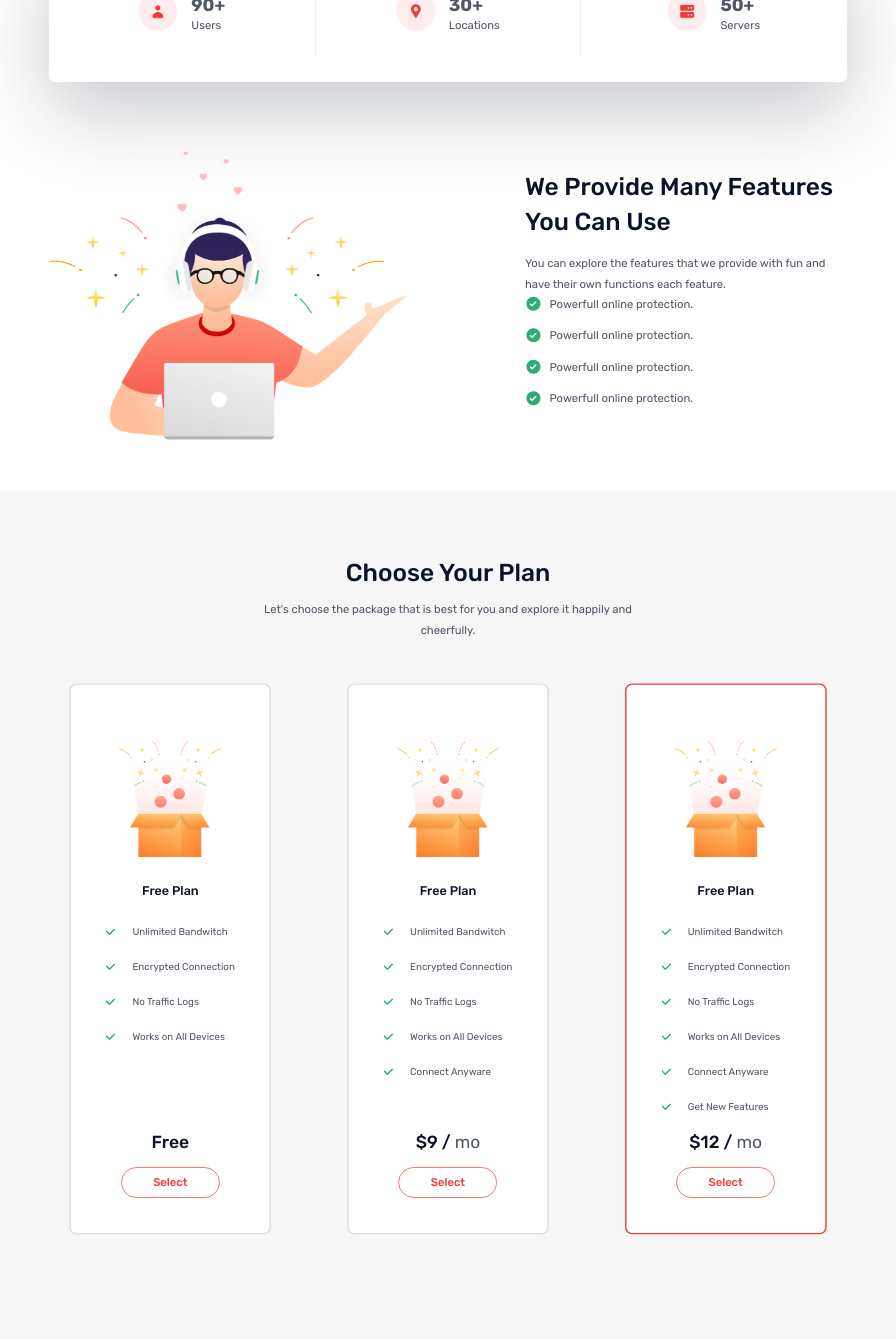
Repository: PhamTrungNguyen/LuyenTap
Page: LT_Figma/index.html
These files come from the project's save history. The page is drawn as it stood at one moment and after the next save; the edit follows.
The browser window is 1280 px wide. The pictures show the part of the page from y = 685 to 2605 px (the page is 2599 px tall before and 2605 px after), at 70% of full size.
Some web libraries are served in a nearby version. The style sheet was rebuilt from its Sass, Less or Tailwind sources for each picture, by a compiler version that may differ from the author's.

Above is the page before, as saved 2021-12-08 22:46:38.
Console error: TypeError: Cannot read properties of null (reading 'addEventListener')

### LT_Figma/index.html
<!DOCTYPE html>
<html lang="en">

<head>
  <meta charset="UTF-8" />
  <meta http-equiv="X-UA-Compatible" content="IE=edge" />
  <meta name="viewport" content="width=device-width, initial-scale=1.0" />
  <title>Lasles VPN</title>
  <link rel="stylesheet" href="./css/reset.css">
  <link rel="stylesheet" href="./css/app.css" />
  <!-- Link font chữ -->
  <link rel="preconnect" href="https://fonts.googleapis.com">
  <link rel="preconnect" href="https://fonts.gstatic.com" crossorigin>
  <link href="https://fonts.googleapis.com/css2?family=Rubik:wght@400;500;700&display=swap" rel="stylesheet">
</head>

<body>
  <div class="wrapper">
    <!-- ---------------------------------- Phần header ---------------------------------- -->
    <header class="header">
      <div class="container">
        <div class="header-container">
          <img srcset="./images/logo.png 2x" alt="" class="header-logo"> <!-- độ nét logo -->
          <ul class="menu">
            <li class="menu-item">
              <a href="#" class="menu-link">About</a>
            </li>
            <li class="menu-item">
              <a href="#" class="menu-link">Features</a>
            </li>
            <li class="menu-item">
              <a href="#" class="menu-link">Pricing</a>
            </li>
            <li class="menu-item">
              <a href="#" class="menu-link">Testimonials</a>
            </li>
            <li class="menu-item">
              <a href="#" class="menu-link">Help</a>
            </li>
          </ul>
          <div class="header-user">
            <a href="#" class="header-user_in">Sign In</a>
            <a href="#" class="button button--outline">Sign Up</a>
          </div>
        </div>
      </div>
    </header>

    <!-- ---------------------------------- Phần hero ---------------------------------- -->
    <section class="hero">
      <div class="container">
        <div class="hero-container">
          <div class="hero-content">
            <h2 class="hero-content_heading">Want anything to be easy with LaslesVPN.</h2>
            <span class="hero-content_desc">Provide a network for all your needs with ease and fun using
              <strong>LaslesVPN</strong> discover interesting features from us.</span>
            <a href="#" class="button button--primary">Get Started</a>
          </div>
          <div class="hero-image">
            <img srcset="./images/hero-image.png 2x" alt="">
          </div>
        </div>
      </div>
    </section>

    <!-- ---------------------------------- Phần intro ---------------------------------- -->
    <section class="intro">
      <div class="container">
        <div class="intro-container">
          <div class="intro-item">
              <div class="intro-item_user">
                <img srcset="./images/user.png 2x" alt="">
              </div>
              <div class="intro-item_info">
                <h2 class="intro-item_info__number">90+</h2>
                <span class="intro-item_intro__desc">Users</span>
              </div>
          </div>
          <div class="intro-item">
              <div class="intro-item_user">
                <img srcset="./images/location.png 2x" alt="">
              </div>
              <div class="intro-item_info">
                <h2 class="intro-item_info__number">30+</h2>
                <span class="intro-item_intro__desc">Locations</span>
              </div>
          </div>
          <div class="intro-item">
              <div class="intro-item_user">
                <img srcset="./images/server.png 2x" alt="">
              </div>
              <div class="intro-item_info">
                <h2 class="intro-item_info__number">50+</h2>
                <span class="intro-item_intro__desc">Servers</span>
              </div>
          </div>
        </div>
      </div>
    </section>
     <!-- ---------------------------------- Phần Features ---------------------------------- -->
     <section class="feature">
       <div class="container">
         <div class="feature-container">
           <div class="feature-image">
             <img srcset="./images/feature-image.png 2x" alt="">
           </div>
           <div class="feature-content">
             <h3 class="feature-title">We Provide Many Features You Can Use</h3>
             <span class="feature-desc">You can explore the features that we provide with fun and have their own functions each feature.</span>
             <ul class="feature-list">
               <li class="feature-item">
                 <img src="./images/icon-check.svg" alt="" class="feature-item_check">
                 <span class="feature-item_text">Powerfull online protection.</span>
               </li>
               <li class="feature-item">
                 <img src="./images/icon-check.svg" alt="" class="feature-item_check">
                 <span class="feature-item_text">Powerfull online protection.</span>
               </li>
               <li class="feature-item">
                 <img src="./images/icon-check.svg" alt="" class="feature-item_check">
                 <span class="feature-item_text">Powerfull online protection.</span>
               </li>
               <li class="feature-item">
                 <img src="./images/icon-check.svg" alt="" class="feature-item_check">
                 <span class="feature-item_text">Powerfull online protection.</span>
               </li>
             </ul>
           </div>
         </div>
       </div>
     </section>

     <!-- ---------------------------------- Phần Plan ---------------------------------- -->
     <section class="plan">
       <div class="container">
         <div class="plan-container">
           <div class="plan-heading">
             <h3 class="plan-heading_title">Choose Your Plan</h3>
             <span class="plan-heading_desc">Let's choose the package that is best for you and explore it happily and cheerfully.</span>
           </div>
           <div class="plan-main">
             <div class="plan-item">
               <div class="plan-item_image">
                 <img srcset="./images/plan.png 2x" alt="">
               </div>
               <h3 class="plan-item_title">Free Plan</h3>
               <ul class="plan-item--list">
                 <li class="plan-item_text">
                   <img src="./images/icon-check-line.svg" alt="" class="plan-item_icon">
                   <span class="plan-item_desc">Unlimited Bandwitch</span>
                 </li>
                 <li class="plan-item_text">
                   <img src="./images/icon-check-line.svg" alt="" class="plan-item_icon">
                   <span class="plan-item_desc">Encrypted Connection</span>
                 </li>
                 <li class="plan-item_text">
                   <img src="./images/icon-check-line.svg" alt="" class="plan-item_icon">
                   <span class="plan-item_desc">No Traffic Logs</span>
                 </li>
                 <li class="plan-item_text">
                   <img src="./images/icon-check-line.svg" alt="" class="plan-item_icon">
                   <span class="plan-item_desc">Works on All Devices</span>
                 </li>
               </ul>
               <h2 class="plan-item_free">Free</h2>
               <a href="#" class="button button--outline">Select</a>
             </div>

             <div class="plan-item">
               <div class="plan-item_image">
                 <img srcset="./images/plan.png 2x" alt="">
               </div>
               <h3 class="plan-item_title">Free Plan</h3>
               <ul class="plan-item--list">
                 <li class="plan-item_text">
                   <img src="./images/icon-check-line.svg" alt="" class="plan-item_icon">
                   <span class="plan-item_desc">Unlimited Bandwitch</span>
                 </li>
                 <li class="plan-item_text">
                   <img src="./images/icon-check-line.svg" alt="" class="plan-item_icon">
                   <span class="plan-item_desc">Encrypted Connection</span>
                 </li>
                 <li class="plan-item_text">
                   <img src="./images/icon-check-line.svg" alt="" class="plan-item_icon">
                   <span class="plan-item_desc">No Traffic Logs</span>
                 </li>
                 <li class="plan-item_text">
                   <img src="./images/icon-check-line.svg" alt="" class="plan-item_icon">
                   <span class="plan-item_desc">Works on All Devices</span>
                 </li>
                 <li class="plan-item_text">
                   <img src="./images/icon-check-line.svg" alt="" class="plan-item_icon">
                   <span class="plan-item_desc">Connect Anyware</span>
                 </li>
               </ul>
               <h2 class="plan-item_free">$9 / <span>mo</span></h2>
               <a href="#" class="button button--outline">Select</a>
             </div>

             <div class="plan-item plan-active">
               <div class="plan-item_image">
                 <img srcset="./images/plan.png 2x" alt="">
               </div>
               <h3 class="plan-item_title">Free Plan</h3>
               <ul class="plan-item--list">
                 <li class="plan-item_text">
                   <img src="./images/icon-check-line.svg" alt="" class="plan-item_icon">
                   <span class="plan-item_desc">Unlimited Bandwitch</span>
                 </li>
                 <li class="plan-item_text">
                   <img src="./images/icon-check-line.svg" alt="" class="plan-item_icon">
                   <span class="plan-item_desc">Encrypted Connection</span>
                 </li>
                 <li class="plan-item_text">
                   <img src="./images/icon-check-line.svg" alt="" class="plan-item_icon">
                   <span class="plan-item_desc">No Traffic Logs</span>
                 </li>
                 <li class="plan-item_text">
                   <img src="./images/icon-check-line.svg" alt="" class="plan-item_icon">
                   <span class="plan-item_desc">Works on All Devices</span>
                 </li>
                 <li class="plan-item_text">
                   <img src="./images/icon-check-line.svg" alt="" class="plan-item_icon">
                   <span class="plan-item_desc">Connect Anyware</span>
                 </li>
                 <li class="plan-item_text">
                   <img src="./images/icon-check-line.svg" alt="" class="plan-item_icon">
                   <span class="plan-item_desc">Get New Features</span>
                 </li>
               </ul>
               <h2 class="plan-item_free">$12 / <span>mo</span></h2>
               <a href="#" class="button button--outline">Select</a>
             </div>




           </div>
         </div>
       </div>
     </section>

  </div>

  <script type="text/javascript" src="https://code.jquery.com/jquery-1.11.0.min.js"></script>
  <script type="text/javascript" src="https://code.jquery.com/jquery-migrate-1.2.1.min.js"></script>
  <script type="text/javascript" src="https://cdn.jsdelivr.net/npm/slick-carousel@1.8.1/slick/slick.min.js"></script>
  <script src="./scripts/app.js"></script>
  <!-- sass ./sass/app.scss ./css/app.css --watch -->
</body>

</html>

### LT_Figma/css/reset.css
/* http://meyerweb.com/eric/tools/css/reset/
   v2.0 | 20110126
   License: none (public domain)
*/

html,
body,
div,
span,
applet,
object,
iframe,
h1,
h2,
h3,
h4,
h5,
h6,
p,
blockquote,
pre,
a,
abbr,
acronym,
address,
big,
cite,
code,
del,
dfn,
em,
img,
ins,
kbd,
q,
s,
samp,
small,
strike,
strong,
sub,
sup,
tt,
var,
b,
u,
i,
center,
dl,
dt,
dd,
ol,
ul,
li,
fieldset,
form,
label,
legend,
table,
caption,
tbody,
tfoot,
thead,
tr,
th,
td,
article,
aside,
canvas,
details,
embed,
figure,
figcaption,
footer,
header,
hgroup,
menu,
nav,
output,
ruby,
section,
summary,
time,
mark,
audio,
video {
  margin: 0;
  padding: 0;
  border: 0;
  font-size: 100%;
  font: inherit;
  vertical-align: baseline;
}
/* HTML5 display-role reset for older browsers */
article,
aside,
details,
figcaption,
figure,
footer,
header,
hgroup,
menu,
nav,
section {
  display: block;
}
body {
  line-height: 1;
}
ol,
ul {
  list-style: none;
}
blockquote,
q {
  quotes: none;
}
blockquote:before,
blockquote:after,
q:before,
q:after {
  content: "";
  content: none;
}
table {
  border-collapse: collapse;
  border-spacing: 0;
}

### LT_Figma/scripts/app.js
$(".customer-list").slick({
  infinite: true,
  slidesToShow: 3,
  slidesToScroll: 1,
  dots: true,
  prevArrow: `<button type='button' class='slick-prev pull-left'><img src="./images/arrow-left.svg"/></button>`,
  nextArrow: `<button type='button' class='slick-next pull-right'><img src="./images/arrow-right.svg"/></button>`,
  responsive: [
    {
      breakpoint: 1024,
      settings: {
        slidesToShow: 2,
        slidesToScroll: 1,
        infinite: true,
        arrows: false,
      },
    },
    {
      breakpoint: 480,
      settings: {
        slidesToShow: 1,
        slidesToScroll: 1,
        infinite: true,
        arrows: false,
      },
    },
  ],
});
const toggle = document.querySelector(".menu-toggle");
const menu = document.querySelector(".menu");
const activeClass = "is-show";
toggle.addEventListener("click", function () {
  menu.classList.add(activeClass);
});
window.addEventListener("click", function (e) {
  if (!menu.contains(e.target) && !e.target.matches(".menu-toggle")) {
    menu.classList.remove(activeClass);
  }
});

### LT_Figma/sass/app.scss
@import "reset";
@import "variables";
@import "global";

@import "header";
@import "hero";
@import "intro";
@import "feature";
@import "plan";

### LT_Figma/sass/_reset.scss
/* http://meyerweb.com/eric/tools/css/reset/
   v2.0 | 20110126
   License: none (public domain)
*/

html,
body,
div,
span,
applet,
object,
iframe,
h1,
h2,
h3,
h4,
h5,
h6,
p,
blockquote,
pre,
a,
abbr,
acronym,
address,
big,
cite,
code,
del,
dfn,
em,
img,
ins,
kbd,
q,
s,
samp,
small,
strike,
strong,
sub,
sup,
tt,
var,
b,
u,
i,
center,
dl,
dt,
dd,
ol,
ul,
li,
fieldset,
form,
label,
legend,
table,
caption,
tbody,
tfoot,
thead,
tr,
th,
td,
article,
aside,
canvas,
details,
embed,
figure,
figcaption,
footer,
header,
hgroup,
menu,
nav,
output,
ruby,
section,
summary,
time,
mark,
audio,
video {
  margin: 0;
  padding: 0;
  border: 0;
  font-size: 100%;
  font: inherit;
  vertical-align: baseline;
  text-decoration: none;
}
/* HTML5 display-role reset for older browsers */
article,
aside,
details,
figcaption,
figure,
footer,
header,
hgroup,
menu,
nav,
section {
  display: block;
}
body {
  line-height: 1;
}
ol,
ul {
  list-style: none;
}
blockquote,
q {
  quotes: none;
}
blockquote:before,
blockquote:after,
q:before,
q:after {
  content: "";
  content: none;
}
table {
  border-collapse: collapse;
  border-spacing: 0;
}
*,
*:after,
*:before {
  margin: 0;
  padding: 0;
  box-sizing: border-box;
}

### LT_Figma/sass/_variables.scss
$font-1: "Rubik", sans-serif;
$text-color: #4F5665;
$title-color: #0b132a;
$red-color: #F53838;
$gray-color: #dde0e4;
$gray-light-color: #f8f8f8;
$gray-lighter-color: #ddd;

### LT_Figma/sass/_global.scss
body {
  line-height: 1;
  font-family: $font-1;
  color: $text-color;
  font-weight: 400;
  font-size: 16px;
  background-color: white;
}
html {
  font-size: 62.5%;
}
button {
  cursor: pointer;
  outline: none;
  border: none;
  font-family: $font-1;
}
.wrapper {
  // lớp bao ngoài
  max-width: 1440px;
  margin: 0 auto;
}
.container {
  // container bên trong
  max-width: 1240px;
  margin: 0 auto;
  padding: 0 50px;
}
.button {
  display: inline-block;
  padding: 13px 45px;
  border-radius: 100rem;
  font-family: $font-1;
  line-height: 1;
  font-size: 16px;
  cursor: pointer;
  border: none;
  outline: none;
  &--primary {
    font-weight: 700;
    background-color: $red-color;
    color: white;
    border-radius: 10px;
    padding: 17px 77px;
    position: relative;
    &:after {
      content: "";
      background: rgba(245, 56, 56, 0.979);
      filter: blur(26px);
      position: absolute;
      top: 80%;
      left: 50%;
      transform: translate(-50%, -50%);
      width: 80%;
      height: 100%;
      z-index: -1;
    }
  }
  &--outline {
    background-color: transparent;
    color: $red-color;
    font-weight: 500;
    border: 1px solid;
  }
  &--rounded {
    font-weight: 700;
    background-color: $red-color;
    color: white;
    padding: 13px 62px;
  }
}

### LT_Figma/sass/_header.scss
.header {
  padding-top: 50px;
  padding-bottom: 90px;
  &-container {
    display: flex;
    justify-content: space-between;
    align-items: center;
    flex-wrap: wrap;
    position: relative;
  }
  &-user {
    font-weight: 500;
    &_in {
      margin-right: 3rem;
      color: $title-color;
    }
  }
}
.menu {
  display: flex;
  align-items: center;
  list-style: none;
  gap: 0 40px;
  &-link {
    color: $text-color;
  }
}
@media screen and (max-width: 1023px) {
  .header-user {
    position: absolute;
    right: 0;
    top: 80%;
    transform: translateY(50%);
  }
}
@media  screen and (max-width:767px){
  .menu{
    display: none;
  }

}

### LT_Figma/sass/_hero.scss
.hero {
  padding-bottom: 100px;
  &-container {
    display: flex;
    justify-content: space-between;
    align-items: center;
    gap: 0 40px;
    position: relative;
  }
  &-content {
    width: 100%;
    max-width: 555px;
    &_heading {
      font-weight: 500;
      color: $title-color;
      font-size: 50px;
      line-height: calc(70 / 50);
      margin-bottom: 2rem;
    }
    &_desc {
      display: block;
      line-height: calc(30 / 16);
      margin-bottom: 5rem;
      strong {
        font-weight: 500;
      }
    }
  }
  &-image {
    // đỡ mất kích thước của ảnh
    position: absolute;
    top: 50%;
    right: 0;
    transform: translate(40px, -50%);
  }

}
@media  screen and (max-width:1279px){
  .hero-image {
    // đỡ mất kích thước của ảnh
    position:inherit;
    transform: none;
    img{
      width: 100%;
    }
  }
  .hero-content {
    width: 100%;
    max-width: 455px;
}
  .hero-content_heading {

    font-size: 45px;

}

}
@media screen and (max-width: 1023px) {
  .hero-content_heading {
    color: #0b132a;
    font-size: 30px;
  }
}
@media  screen and (max-width:767px){
    .hero-container {
        flex-direction: column-reverse;
        gap: 50px 0;
    }
    .hero-content_heading {
        color: #0b132a;
        font-size: 23px;
    }



}

### LT_Figma/sass/_intro.scss
.intro {
  margin-bottom: 95px;
  &-container {
    padding: 37px 0;
    box-shadow: 0 42px 114px 0 rgba(13, 16, 37, 0.226);
    display: grid;
    grid-template-columns: repeat(3, minmax(0, 1fr));
    border-radius: 10px;
    background-color: #fff;
  }
  &-item {
    display: flex;
    justify-content: center;
    align-items: center;

    &_user {
      margin-right: 2rem;
    }
    &_info {
      &__number {
        font-weight: 700;
        font-size: 25px;
        margin-bottom: 6px;
        line-height: calc(30 / 25);
      }
      &__desc{
        line-height: calc(30 / 20);
      }
    }
    height: 125px;
  }
}
@media screen and (min-width: 768px) {
  .intro-item:nth-child(2) {
    border-right: 2px solid #eeeff2;
    border-left: 2px solid #eeeff2;
  }
}

@media screen and (max-width: 767px) {
  .intro-container {
    grid-template-columns: 100%;
  }
  .intro-item {
    flex-direction: row;
    // text-align: center;
  }
  .intro-item:nth-child(2){
      padding-left: 2rem;

  }
}

### LT_Figma/sass/_feature.scss
.feature{
    padding-bottom: 7rem;
    &-container{
        display:flex;
        justify-content: space-between;
        align-items: center;
        gap: 0 170px;
    }
    &-image{
        // width: 100%;
    }
    &-content{

    }
    &-title{
        color:$title-color;
        font-weight: 500;
        font-size: 35px;
        line-height: calc(50/35);
        margin-bottom: 2rem;
    }
    &-desc{
        line-height: calc(30/16);
        margin-bottom: 2rem;
    }
    &-item{
        // list-style: none;
        &_check{
            margin-right: 1rem;
        }
        display: flex;
        align-items: center;
        margin-bottom: 2rem;
    }
}
@media  screen and (max-width:1279px){
    .feature-container {
        gap: 0 90px;
    }

}
@media  screen and (max-width:1023px){
    .feature-image {
        img{
            width: 155%;
        }
    }
    .feature-container {
        gap: 0 150px;
    }

}
@media  screen and (max-width:767px){
    .feature-container {
        flex-direction: column;
    }
    .feature-image img {
        width: 100%;
    }
    .feature-container {
        gap: 50px 0;
    }
    .feature-content{
        display: flex;
        flex-direction: column;
        align-items: center;
        margin: 0 auto;
    }

}

### LT_Figma/sass/_plan.scss
.plan{
    background-color: #F6F6F6;
    padding-bottom: 15rem;
    &-heading{
        padding-top: 10rem;
        margin: 0 auto;
        text-align: center;
        max-width:530px;
        margin-bottom: 6rem;
        &_title{
            font-weight: 500;
            font-size: 35px;
            margin-bottom: 2rem;
            color:$title-color;
        }
        &_desc{
            line-height: calc(30 /16);
        }
    }
    &-main{
        display: grid;
        grid-template-columns: repeat(3, 1fr);
        gap: 0 50px;

    }
    &-item{
        border: 2px solid #DDDDDD;
        background-color: #FFFFFF;
        border-radius:10px;
        margin:0 auto;
        display: flex;
        flex-direction: column;
        align-items: center;
        padding: 80px 50px 50px;
        &_image{
            margin-bottom: 30px;
        }
        &_title{
            color:$title-color;
            font-weight: 500;
            font-size: 18px;
            line-height: calc(30/18);
            margin-bottom: 3rem;
        }
        &_text{
            margin-bottom: 2rem;
        }
        &_icon{
            margin-right: 2rem;
        }
        &_desc{
            font-size: 14px;
            line-height: calc(30/14);
        }
        &_free{
            margin-top: auto;
            font-weight: 500;
            font-size: 25px;
            line-height: calc(30/25);
            color:$title-color;
            margin-bottom: 2rem;
            span{
                font-weight: 400;
                color:$text-color;
            }
        }

    }
    &-active{
        border: 2px solid $red-color;
    }
}

After the next save:
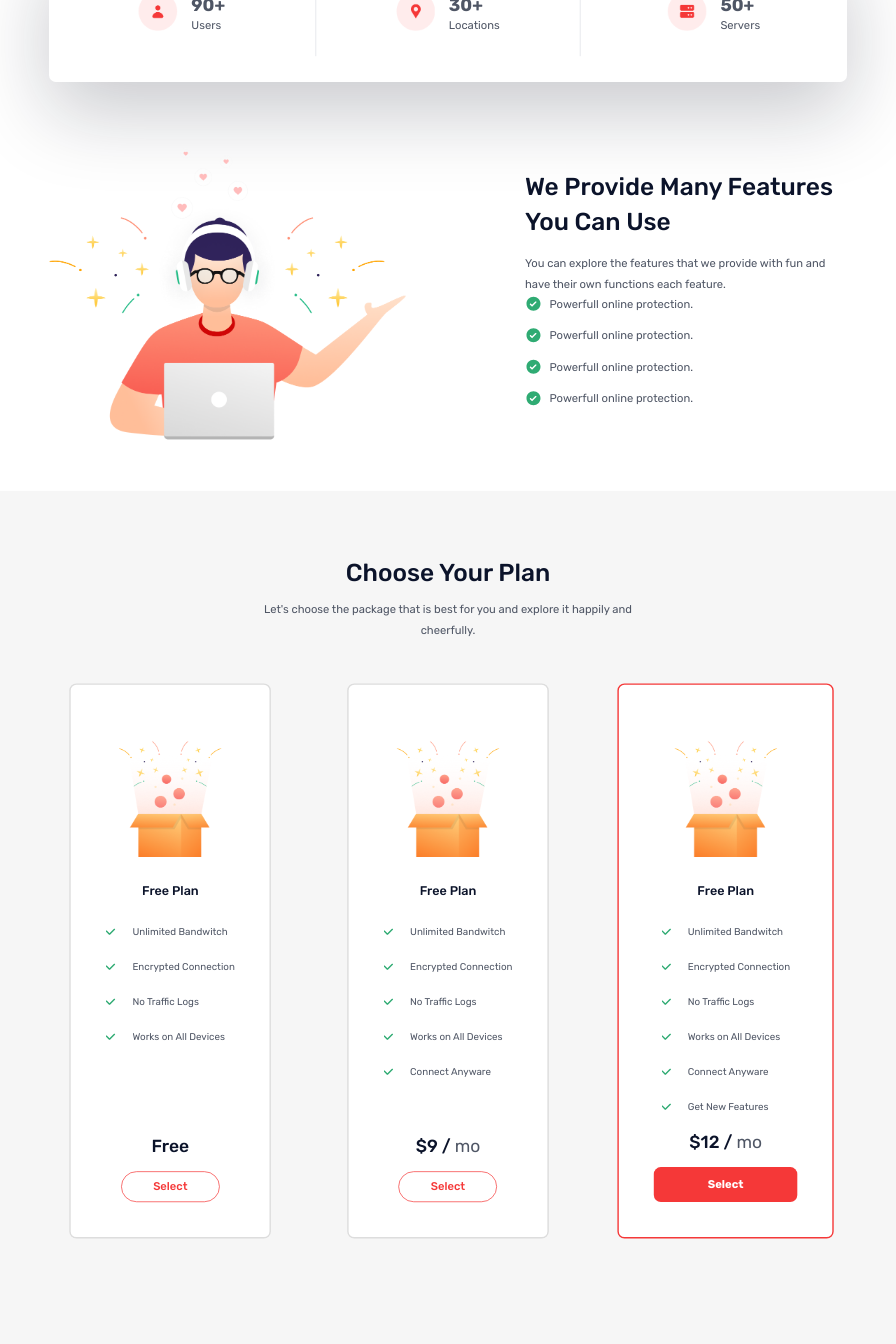
Saved 5 s later.
--- a/LT_Figma/index.html
+++ b/LT_Figma/index.html
@@ -229,7 +229,7 @@
                  </li>
                </ul>
                <h2 class="plan-item_free">$12 / <span>mo</span></h2>
-               <a href="#" class="button button--outline">Select</a>
+               <a href="#" class="button  button--primary">Select</a>
              </div>
 
 
